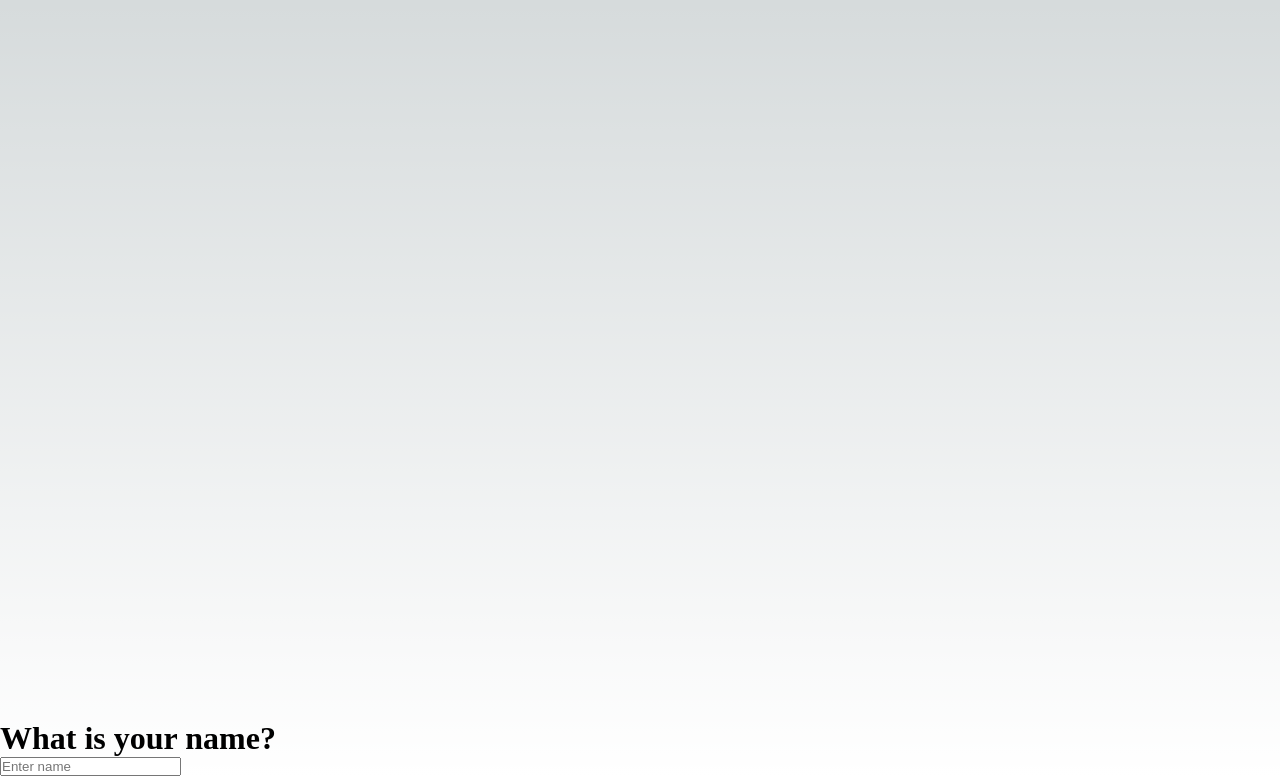
Repository: anoncoderin/feb4DCD-passing-values-between-pages
Page: /
The author's editor kept a copy of each file at every save. The page is drawn from the files as they stood at one save, then again after a run of saves.
The browser window is 1280 px wide. The pictures show the whole page.
The project was rebuilt for these pictures with package versions that can differ from the ones it lists, and the page was loaded fresh each time. The framework's server and built-in components were replaced by stand-ins that run in the browser. Also part of the build but not shown: next.config.js.

Above is the page before, as saved 2023-02-06 14:23:22.

### pages/index.js
import Head from 'next/head'
import Image from 'next/image'
import { Inter } from '@next/font/google'
import styles from '@/styles/Home.module.css'
import Survey from './Survey'

const inter = Inter({ subsets: ['latin'] })

export default function Home() {
  return (
    <>
      <Head>
        <title>Create Next App</title>
        <meta name="description" content="Generated by create next app" />
        <meta name="viewport" content="width=device-width, initial-scale=1" />
        <link rel="icon" href="/favicon.ico" />
      </Head>
      <main className={styles.main}>

      </main>
      <Survey></Survey>
    </>
  )
}

### pages/Survey.js
import { useState } from "react";
import Dashboard from "./Dashboard";

export default function Survey(){
    const [name, setName]= useState('');
    const [isActiveOne, setIsActiveOne]= useState(true);
    const [isActiveTwo, setIsActiveTwo]= useState(false);

    const passName = (event) => {
        if(event.key ==="Enter"){
            console.log("Enter")
            setIsActiveOne(false);
            setIsActiveTwo(true);
        }
    }

    return(
        <div>
            <div style={{display: isActiveOne? 'block' :'none'}}>
                <h1>What is your name?</h1>
                <input
                value={name}
                onChange={event=> setName(event.target.value)}
                placeholder="Enter name"
                onKeyDown={passName}
                type="text"
                />
            </div>
            <div style={{display: isActiveTwo? 'block': 'none'}}>

                <Dashboard passName={name}/>
            </div>


        </div>
    )

}

### pages/Dashboard.js
export default function Dashboard({passName}){
    return(

        <>
        Welcome to the
        </>
    )
}

Loaded but not shown: pages/_app.js (common file); pages/_document.js (common file); styles/globals.css (common file); styles/Home.module.css (common file)

After the next 2 saves:
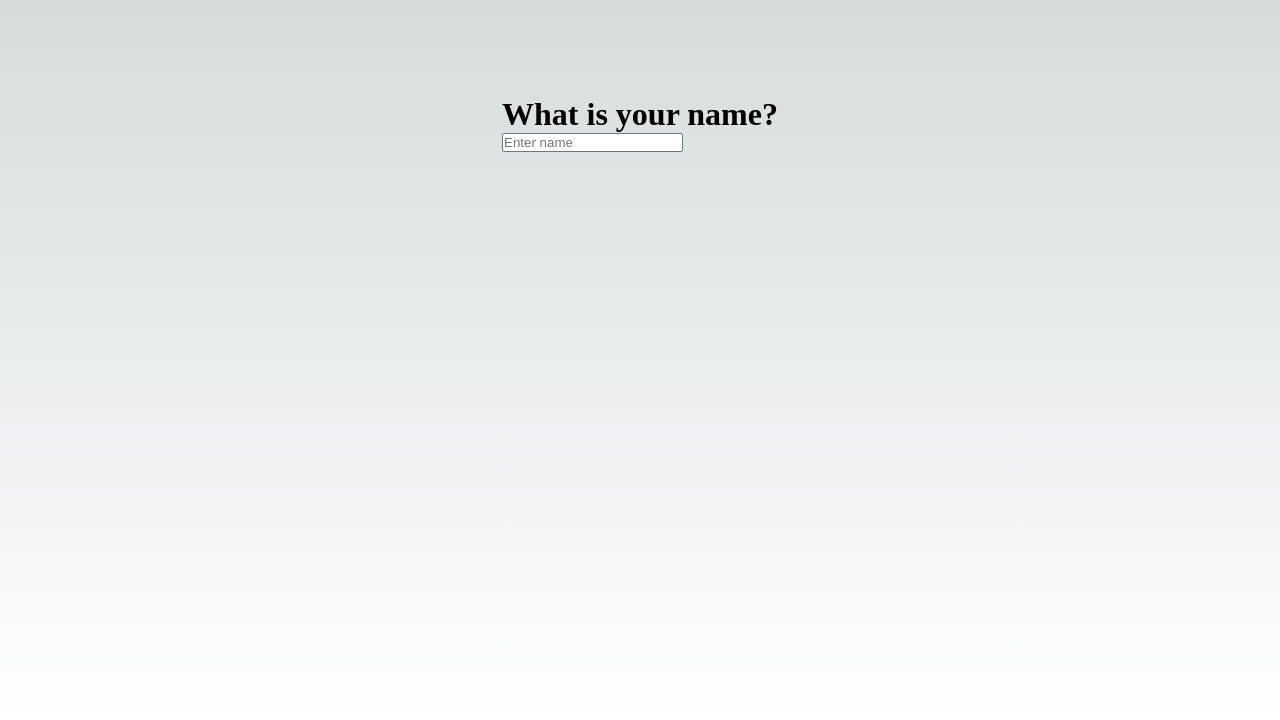
The 2 saves are shown as one change because they came seconds apart.
The last was saved 43 s later.
--- a/pages/index.js
+++ b/pages/index.js
@@ -16,9 +16,9 @@ export default function Home() {
         <link rel="icon" href="/favicon.ico" />
       </Head>
       <main className={styles.main}>
+      <Survey></Survey>
+      </main>
 
-      </main>
-      <Survey></Survey>
     </>
   )
 }
